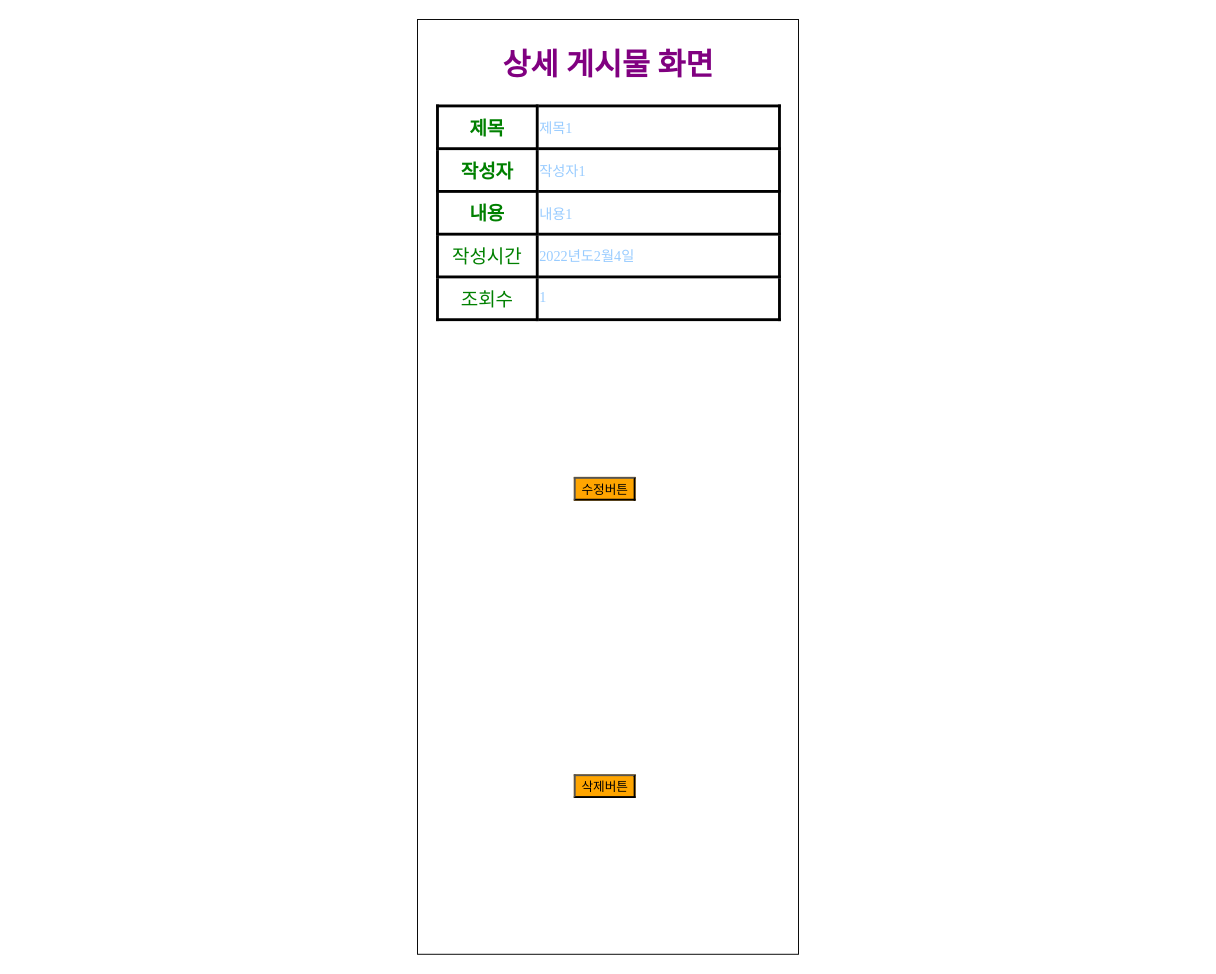
Repository: Kray273/JSLab
Page: css/src/main/webapp/Day97/boardcontents.html
The author's editor kept a copy of each file at every save. The page is drawn from the files as they stood at one save, then again after the next save.
The browser window is 1280 px wide. The pictures show the whole page, at 95% of full size.

Above is the page before, as saved 2022-11-25 10:28:24.

After the next save:
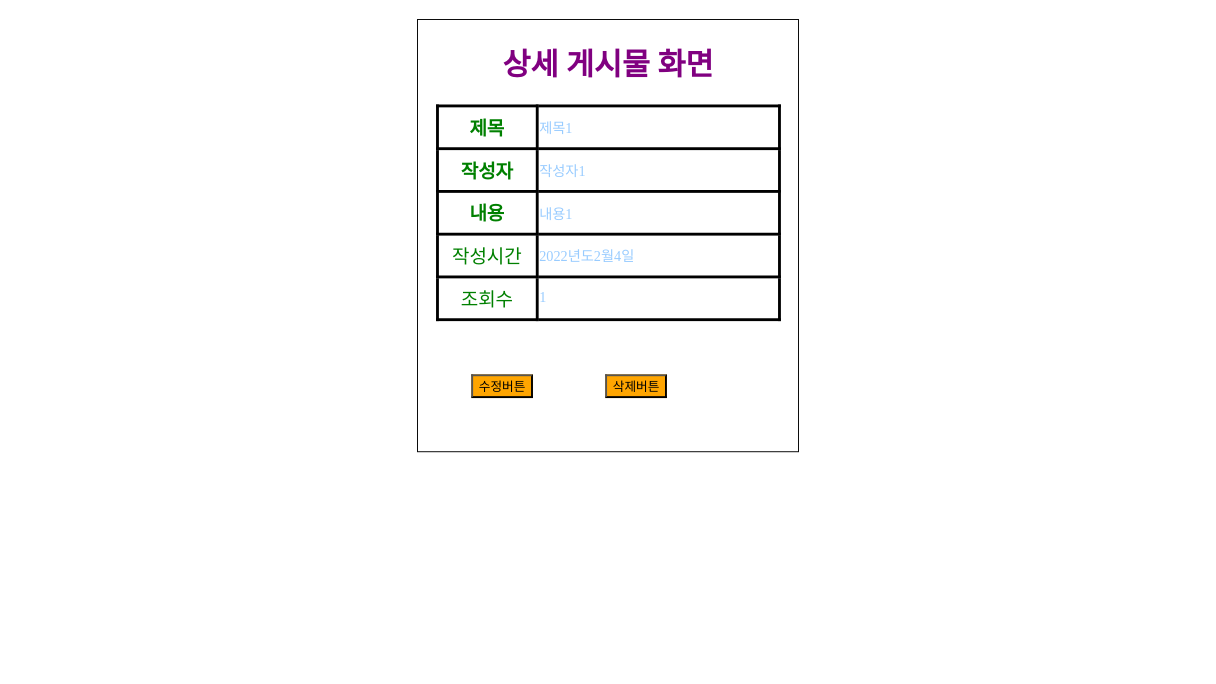
Saved 44 s later.
--- a/css/src/main/webapp/Day97/boardcontents.html
+++ b/css/src/main/webapp/Day97/boardcontents.html
@@ -40,11 +40,11 @@
 	}
 	#buttonL {
 		background-color: orange;
-		margin: 40%;
+		margin: 10%;
 	}
 	#buttonR {
 		background-color: orange;
-		margin: 40%;
+		margin: 10%;
 	}
 
 </style>
